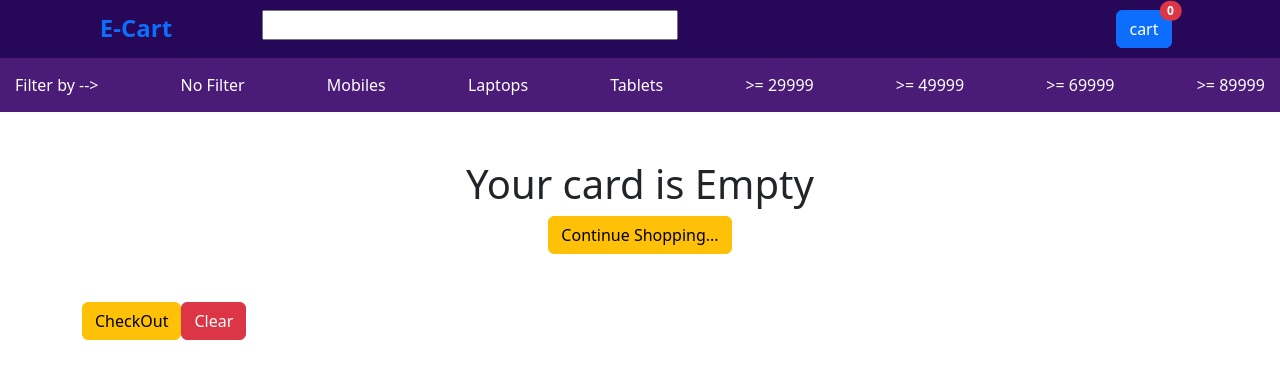
Repository: AMIT1439027/React-ECommerce-cart
Page: /cart
The author's editor kept a copy of each file at every save. The page is drawn from the files as they stood at one save, then again after the next save.
The browser window is 1280 px wide. The pictures show the whole page.
The project was rebuilt for these pictures with package versions that can differ from the ones it lists, and the page was loaded fresh each time. Also part of the build but not shown: vite.config.js, src/components/Product.jsx, src/components/ProductDetail.jsx, src/components/Searchitem.jsx.

Above is the page before, as saved 2024-03-14 10:47:13.

After the next save:
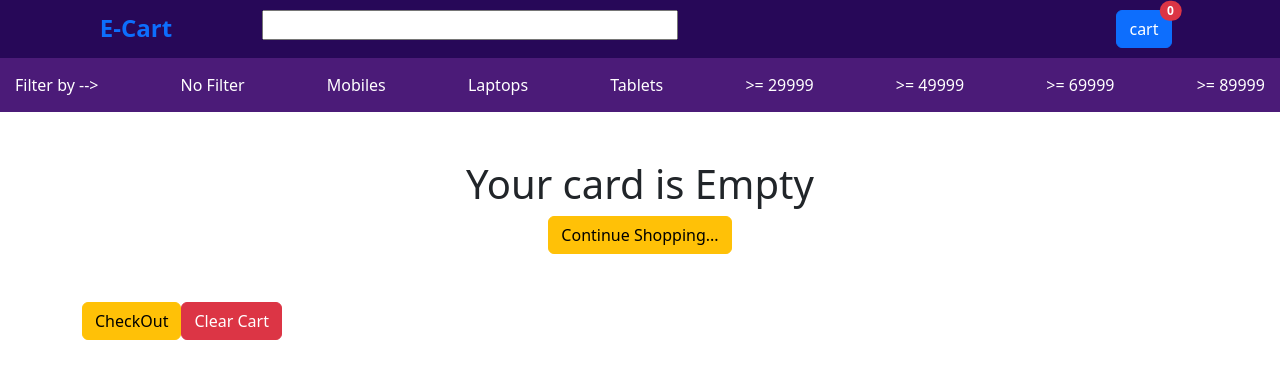
Saved 4 s later.
--- a/src/components/Cart.jsx
+++ b/src/components/Cart.jsx
@@ -45,7 +45,7 @@ const Cart = ({ cart, setCart }) => {
 
       <div className="container">
         <button className="btn btn-warning">CheckOut</button>
-        <button className="btn btn-danger">Clear </button>
+        <button className="btn btn-danger">Clear  Cart</button>
       </div>
     </>
   );
